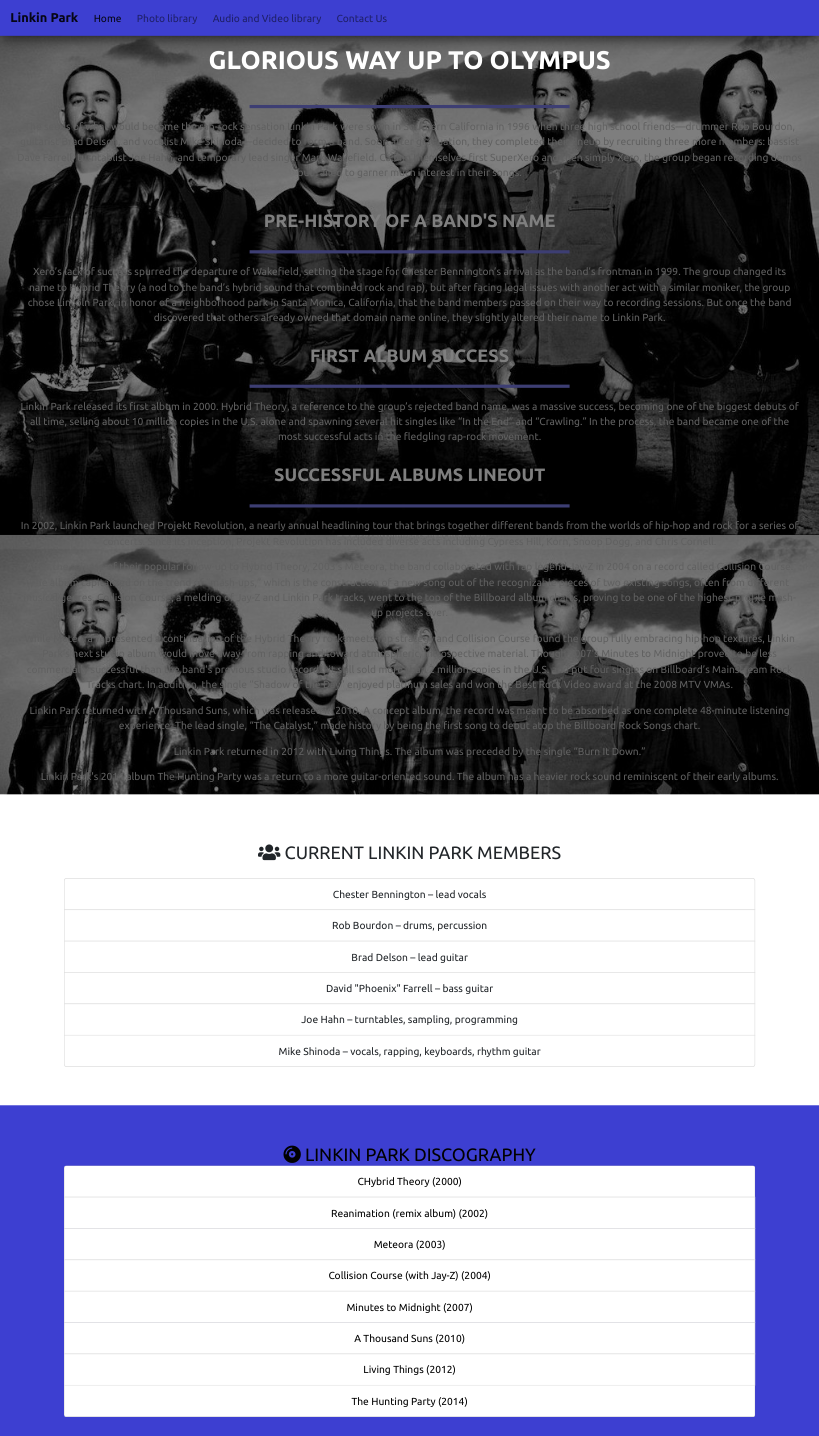
Repository: vaida898/website
Page: index.html
The author's editor kept a record of every edit. The page is drawn from the files as they stood at one moment, then again after the next edit.
The browser window is 1280 px wide. The pictures show the whole page, at 64% of full size.
Backgrounds fixed to the window are drawn as part of the page. Some web libraries are served in a nearby version.

Above is the page before.
Console error: TypeError: Cannot read properties of undefined (reading 'fn')

### index.html
<!DOCTYPE html>
<html lang="en">

<head>
    <meta charset="UTF-8">
    <meta name="viewport" content="width=device-width, initial-scale=1.0">
    <meta http-equiv="X-UA-Compatible" content="ie=edge">
    <title>LinkinPark website</title>

    <link rel="stylesheet" href="https://stackpath.bootstrapcdn.com/bootstrap/4.3.1/css/bootstrap.min.css" integrity="sha384-ggOyR0iXCbMQv3Xipma34MD+dH/1fQ784/j6cY/iJTQUOhcWr7x9JvoRxT2MZw1T" crossorigin="anonymous">
    <script src="https://stackpath.bootstrapcdn.com/bootstrap/4.3.1/js/bootstrap.min.js" integrity="sha384-JjSmVgyd0p3pXB1rRibZUAYoIIy6OrQ6VrjIEaFf/nJGzIxFDsf4x0xIM+B07jRM" crossorigin="anonymous"></script>
    <link rel="stylesheet" href="https://use.fontawesome.com/releases/v5.6.1/css/all.css" integrity="sha384-gfdkjb5BdAXd+lj+gudLWI+BXq4IuLW5IT+brZEZsLFm++aCMlF1V92rMkPaX4PP" crossorigin="anonymous">

    <!-- Google font "Ubuntu" -->

    <link href="https://fonts.googleapis.com/css?family=Ubuntu:400,700&display=swap" rel="stylesheet">
    <link rel="stylesheet" href="css/style.css" type="text/css" />

</head>

<body>

    <!-- Navigation bar -->

    <div class="container-fluid navalert-container">
        <nav class="navbar navbar-light navbar-expand-sm" style="background-color: #3D3FD1">
            <a href="/" class="navbar-brand">Linkin Park</a>

            <button class="navbar-toggler ml-auto" type="button" data-toggle="collapse" data-target="#navbarNavDropdown" aria-controls="navbarNavDropdown" aria-expanded="false" aria-label="Toggle navigation">
        <span class="navbar-toggler-icon"></span></button>

            <div class="collapse navbar-collapse" id="navbarNavDropdown">
                <ul class="navbar-nav mr-auto">
                    <li class="active nav-item mr-2"><a class="nav-link" href="/">Home</a></li>
                    <li class="nav-item mr-2"><a class="nav-link" href="/Photo library">Photo library</a></li>
                    <li class="nav-item mr-2"><a class="nav-link" href="/Audio and Video library">Audio and Video library</a></li>
                    <li class="nav-item mr-2"><a class="nav-link" href="/Contact Us">Contact Us</a></li>
                </ul>
            </div>
        </nav>
    </div>

    <div class="container-fluid history-container">
        <div class="opaque-overlay">&nbsp;</div>
        <section class="about us">
            <div class="row">
                <div class="col-12 page-header">
                    <h1 class="text-uppercase jumbotron-header page-header">Glorious way up to olympus</h1>
                </div>
            </div>
            <div class="row">
            <hr class="block-divider">
            <p class="jumbotron-text">The seeds of what would become the rap-rock sensation Linkin Park were sown in Southern California in 1996 when three high school friends—drummer Rob Bourdon, guitarist Brad Delson, and vocalist Mike Shinoda—decided to form a band. Soon after
                graduation, they completed their lineup by recruiting three more members: bassist Dave Farrell, turntablist Joe Hahn, and temporary lead singer Mark Wakefield. Calling themselves first SuperXero and then simply Xero, the group began recording
                demos but failed to garner much interest in their songs.</p>
            </div>

            <section class="About Us 2 text-center second-paragraph"></section>
            <h3 class="text-uppercase jumbotron-paragraph page-header">Pre-history of a band's name</h3>
            <hr class="block-divider">
            <p class="jumbotron-text">Xero’s lack of success spurred the departure of Wakefield, setting the stage for Chester Bennington’s arrival as the band’s frontman in 1999. The group changed its name to Hybrid Theory (a nod to the band’s hybrid sound that combined rock
                and rap), but after facing legal issues with another act with a similar moniker, the group chose Lincoln Park, in honor of a neighborhood park in Santa Monica, California, that the band members passed on their way to recording sessions.
                But once the band discovered that others already owned that domain name online, they slightly altered their name to Linkin Park.</p>

            <section class="About Us 3 text-center third-paragraph"></section>
            <h3 class="text-uppercase jumbotron-paragraph page-header">First Album success</h3>
            <hr class="block-divider">
            <p class="jumbotron-text">Linkin Park released its first album in 2000. Hybrid Theory, a reference to the group’s rejected band name, was a massive success, becoming one of the biggest debuts of all time, selling about 10 million copies in the U.S. alone and spawning
                several hit singles like “In the End” and “Crawling.” In the process, the band became one of the most successful acts in the fledgling rap-rock movement.</p>

            <section class="About Us 4 text-center fourth-paragraph"></section>
            <h3 class="text-uppercase jumbotron-paragraph page-header">Successful albums lineout</h3>
            <hr class="block-divider">
            <p class="jumbotron-text">In 2002, Linkin Park launched Projekt Revolution, a nearly annual headlining tour that brings together different bands from the worlds of hip-hop and rock for a series of concerts. Since its inception, Projekt Revolution has included diverse
                acts including Cypress Hill, Korn, Snoop Dogg, and Chris Cornell.</p>

            <p class="jumbotron-text">After the release of their popular follow-up to Hybrid Theory, 2003’s Meteora, the band collaborated with rap legend Jay-Z in 2004 on a record called Collision Course. The album capitalized on the trend of “mash-ups,” which is the construction
                of a new song out of the recognizable pieces of two existing songs, often from different musical genres. Collision Course, a melding of Jay-Z and Linkin Park tracks, went to the top of the Billboard album charts, proving to be one of the
                highest-profile mash-up projects ever.</p>

            <p class="jumbotron-text">While Meteora represented a continuation of the Hybrid Theory rock-meets-rap strategy and Collision Course found the group fully embracing hip-hop textures, Linkin Park’s next studio album would move away from rapping and toward atmospheric,
                introspective material. Though 2007’s Minutes to Midnight proved to be less commercially successful than the band's previous studio records, it still sold more than 2 million copies in the U.S. and put four singles on Billboard’s Mainstream
                Rock Tracks chart. In addition, the single “Shadow of the Day” enjoyed platinum sales and won the Best Rock Video award at the 2008 MTV VMAs.</p>

            <p class="jumbotron-text">Linkin Park returned with A Thousand Suns, which was released in 2010. A concept album, the record was meant to be absorbed as one complete 48-minute listening experience. The lead single, “The Catalyst,” made history by being the first song
                to debut atop the Billboard Rock Songs chart.</p>

            <p class="jumbotron-text">Linkin Park returned in 2012 with Living Things. The album was preceded by the single “Burn It Down.”</p>

            <p class="jumbotron-text">Linkin Park's 2014 album The Hunting Party was a return to a more guitar-oriented sound. The album has a heavier rock sound reminiscent of their early albums.</p>
        </section>
    </div>
    </div>
    </div>

    <div class="container-wrapper">
        <div class="container members-container">
            <section class="Band members text-center">
                <div class="row">
                    <div class="col-12 col-md-12 my-4">
                        <h3 class="text-uppercase page-header"><i class="fas fa-users d-none d-sm-inline"></i> Current Linkin Park members</h3>
                    </div>
                </div>
                <div class="col-12 col-md-12">
                    <ul class="list-group">
                        <li class="list-group-item">Chester Bennington – lead vocals</li>
                        <li class="list-group-item">Rob Bourdon – drums, percussion</li>
                        <li class="list-group-item">Brad Delson – lead guitar</li>
                        <li class="list-group-item">David "Phoenix" Farrell – bass guitar</li>
                        <li class="list-group-item">Joe Hahn – turntables, sampling, programming</li>
                        <li class="list-group-item">Mike Shinoda – vocals, rapping, keyboards, rhythm guitar</li>
                    </ul>
                </div>
            </section>
        </div>
    </div>


    <div class="container-wrapper container-wrapper--blue">
        <div class="container discography-container">
            <section class="Band discography text-center">
                <div class="col-12 col-md-12">
                    <h3 class="text-uppercase page-header"><i class="fas fa-compact-disc d-none d-sm-inline"></i> Linkin Park discography</h3>
                </div>
                <div class="col-12 col-md-12">
                    <ul class="list-group">
                        <li class="list-group-item">CHybrid Theory (2000)</li>
                        <li class="list-group-item">Reanimation (remix album) (2002)</li>
                        <li class="list-group-item">Meteora (2003)</li>
                        <li class="list-group-item">Collision Course (with Jay-Z) (2004)</li>
                        <li class="list-group-item">Minutes to Midnight (2007)</li>
                        <li class="list-group-item">A Thousand Suns (2010)</li>
                        <li class="list-group-item">Living Things (2012)</li>
                        <li class="list-group-item">The Hunting Party (2014)</li>
                    </ul>
                </div>
            </section>
        </div>
    </div>
    <script src="https://code.jquery.com/jquery-3.3.1.slim.min.js" integrity="sha384-q8i/X+965DzO0rT7abK41JStQIAqVgRVzpbzo5smXKp4YfRvH+8abtTE1Pi6jizo" crossorigin="anonymous"></script>
    <script src="https://cdnjs.cloudflare.com/ajax/libs/popper.js/1.14.7/umd/popper.min.js" integrity="sha384-UO2eT0CpHqdSJQ6hJty5KVphtPhzWj9WO1clHTMGa3JDZwrnQq4sF86dIHNDz0W1" crossorigin="anonymous"></script>
    <script src="https://stackpath.bootstrapcdn.com/bootstrap/4.3.1/js/bootstrap.min.js" integrity="sha384-JjSmVgyd0p3pXB1rRibZUAYoIIy6OrQ6VrjIEaFf/nJGzIxFDsf4x0xIM+B07jRM" crossorigin="anonymous"></script>

</body>

</html>

### css/style.css
body {
    font-family: 'Ubuntu', sans-serif;
}

.container-wrapper {

}

.container-wrapper--blue {
    background-color: #3D3FD1;
    color: black;
}

.history-container {
    background: url(../images/background.jpg) no-repeat center center fixed;
    -webkit-background-size: cover;
    -moz-background-size: cover;
    -o-background-size: cover;
    background-size: cover;

    top: 40px;
    display: flex;
    align-items: center;
    justify-content: center;
    text-align: center;
    padding-left: 30px;
    padding-right: 30px;

    position: relative;
}

.opaque-overlay {
    position: absolute;
    width: 100%;
    height: 100%;
    top: 0;
    left: 0;
    background-color: rgba(0,0,0,0.5);
}


.discography-container {
    padding-top: 30px;
    padding-bottom: 30px;
}


/* Page header */

.page-header {
    margin-top: 30px;
    margin-bottom: 0;
    border-bottom: 0;
    text-align: center;
}

.page-header h1, h3 {
    margin-top: 0;
}

/* Block-divider */

.block-divider {
    width: 500px;
    height: 5px;
    border: 0;
    background-color: #7A7CE7;
}

/* Members container*/

.members-container {
    padding-top: 60px;
    padding-bottom: 60px;
}

/* Navbar */

.navalert-container {
    position: fixed;
    top: 0;
    left: 0;
    padding-left: 0;
    padding-right: 0;
    z-index: 1;
}

.navbar {
    margin-bottom: 0;
    border: 0;
    width: 100%;
    background-color: rgba(0,0,0,0.25);
    box-shadow: 0 0 25px 0 black;
}

.navbar-brand {
    font-weight: bold;
}

.navbar-inner {
    background: transparent;
}

/* Paragraphs of About Us container */



/* Jumbotron */

.jumbotron-header {
    color: white;
    font-weight: bold;
    margin-top: 30px;
    margin-bottom: 30px;
}

.jumbotron-paragraph {
    color: white;
    font-weight: bold;
    margin-top: 30px;
    margin-bottom: 30px;
}

.jumbotron-text {
    color: #C2C2C2;
}

After the next edit:
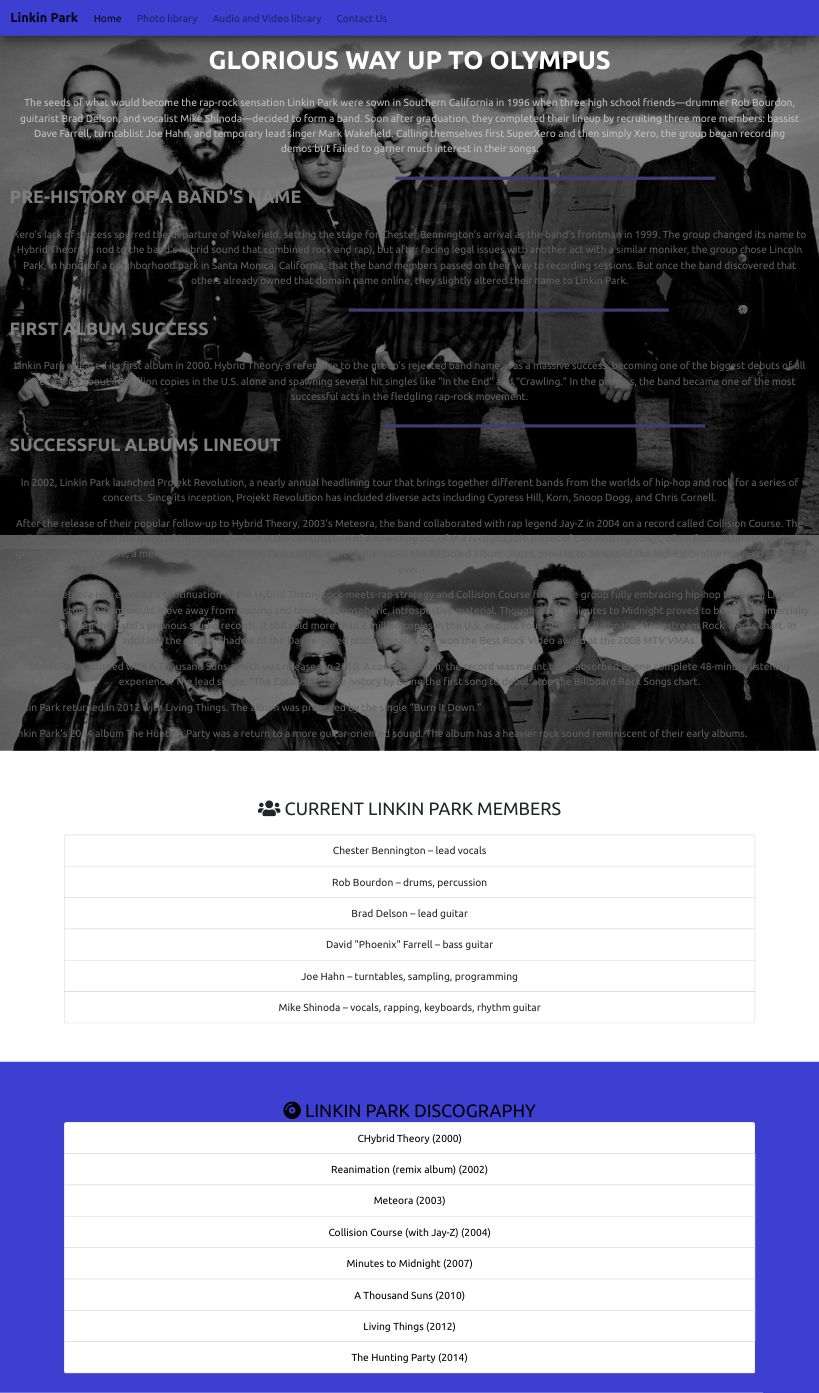
The edit:
--- a/index.html
+++ b/index.html
@@ -49,6 +49,7 @@
                 </div>
             </div>
             <div class="row">
+                <div class="col-12 col-md-12 col-lg-12"
             <hr class="block-divider">
             <p class="jumbotron-text">The seeds of what would become the rap-rock sensation Linkin Park were sown in Southern California in 1996 when three high school friends—drummer Rob Bourdon, guitarist Brad Delson, and vocalist Mike Shinoda—decided to form a band. Soon after
                 graduation, they completed their lineup by recruiting three more members: bassist Dave Farrell, turntablist Joe Hahn, and temporary lead singer Mark Wakefield. Calling themselves first SuperXero and then simply Xero, the group began recording
